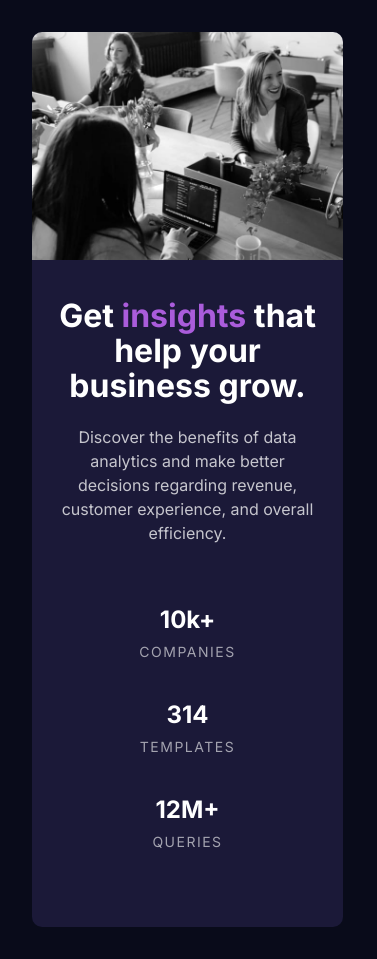
Repository: keisewarsame/stats-preview-frontendmentor
Page: index.html
An editor plug-in stored every save of this project. The page is shown before and after a run of saves, followed by the edit.
The browser window is 375 px wide. The page is 375 px wide, then 377 px, so the pictures cover 377 px, including what lies to the right of the window. The pictures show the whole page.

Above is the page before, as saved 2022-07-12 14:59:17.

### index.html
<!DOCTYPE html>
<html lang="en">
<head>
  <meta charset="UTF-8">
  <meta name="viewport" content="width=device-width, initial-scale=1.0"> <!-- displays site properly based on user's device -->
  <link rel="icon" type="image/png" sizes="32x32" href="./images/favicon-32x32.png">
  <link rel="stylesheet" href="styles.css">
  <title>Frontend Mentor | Stats preview card component</title>
</head>
<body>
    <div class="img-cover"></div>
    <div class="container">
        <div class="wrapper">
            <div class="text-component">
                <h1 class="title">Get <span>insights</span> that help your business grow.</h1>
                <p class="subtitle">Discover the benefits of data analytics and make better decisions regarding revenue, customer experience, and overall efficiency.</p>
                <div class="stats-component">
                    <div>
                        <p class="num">10k+</p>
                        <p class="stats-sub">Companies</p>
                    </div>
                    <div>
                        <p class="num">314</p>
                        <p class="stats-sub">Templates</p>
                    </div>
                    <div>
                        <p class="num">12M+</p>
                        <p class="stats-sub">Queries</p>
                    </div>
                </div>
            </div>
            <div class="image-component">

            </div>
        </div>
    </div>
</body>
</html>

### styles.css
@import url('https://fonts.googleapis.com/css2?family=Inter:wght@400;700&family=Lexend+Deca&display=swap');

* {
    margin: 0;
    padding: 0;
}

body {
    font-family: 'Inter', sans-serif;
    display: flex;
    align-items: center;
    min-height: 100vh;
    background-color: hsl(233, 47%, 7%);
}

.container {
    margin: 0 auto;
    max-width: 1040px;
}

.wrapper {
    background-color: hsl(244, 38%, 16%);
    display: grid;
    grid-template-columns: 1fr 1fr;
    border-radius: 10px;
    overflow: hidden;
    margin: 2rem;
}

.text-component {
    padding: 13%;
    font-family: 'Inter', sans-serif;
}

.title {
    color: hsl(0, 0%, 100%);
    padding-bottom: 22px;
    font-weight: 700;
}

.title span {
    color: hsl(277, 64%, 61%)
}

.subtitle {
    color: hsla(0, 0%, 100%, 0.75);
    line-height: 1.5;
    font-size: 15px;
}

.stats-component {
    display: flex;
    justify-content: space-between;
    padding-top: 60px;
}

.num {
    color: hsl(0, 0%, 100%);
    font-weight: 700;
    font-size: 24px;
    margin-bottom: 9px
}

.stats-sub {
    text-transform: uppercase;
    color: hsla(0, 0%, 100%, 0.6);
    font-size: 14px;
    letter-spacing: 1.5px;
}



.image-component {
    position: relative;
    background: url(/images/image-header-desktop.jpg) no-repeat;
    height: 100%;
    width: 100%;
}

img {
    height: 100%;
    width: 100%;
}

.image-component::after {
    position: absolute;
    content: '';
    height: 100%;
    width: 100%;
    top: 0;
    right: 0;
    background-color: hsla(277, 64%, 61%, 0.6);;
}

@media screen and (max-width: 425px) {
    body {
        text-align: center;
        position: relative;
    }

    .wrapper {
        grid-template-columns: 3fr;
        position: relative;
    }

    .image-component {
        position: relative;
        height: 100%;
        width: 100%;
        order: -1;
        content: url(/images/image-header-mobile.jpg);

    }

    .stats-component {
        flex-direction: column;
    }

    .text-component {
        padding: 12% 8%;
    }

    .title {
        line-height: 1.1;
    }

    .stats-component div {
        margin-bottom: 40px;
    }

    .subtitle {
        font-size: 16px;
        font-family: ;
    }
}

After the next 2 saves:
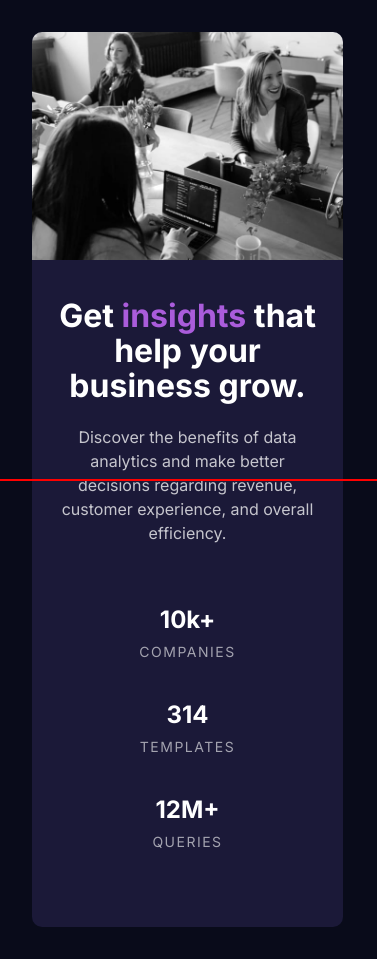
The 2 saves are shown as one change because they came seconds apart.
The last was saved 9 s later.
--- a/styles.css
+++ b/styles.css
@@ -95,7 +95,6 @@ img {
 @media screen and (max-width: 425px) {
     body {
         text-align: center;
-        position: relative;
     }
 
     .wrapper {
@@ -109,6 +108,18 @@ img {
         width: 100%;
         order: -1;
         content: url(/images/image-header-mobile.jpg);
+
+    }
+
+    .img-cover {
+        position: absolute;
+        width: 100%;
+        height: 100px
+        top: 0;
+        border: 1px solid red;
+        background-color: red;
+        z-index: 1;
+        box-shadow: ;
 
     }
 
